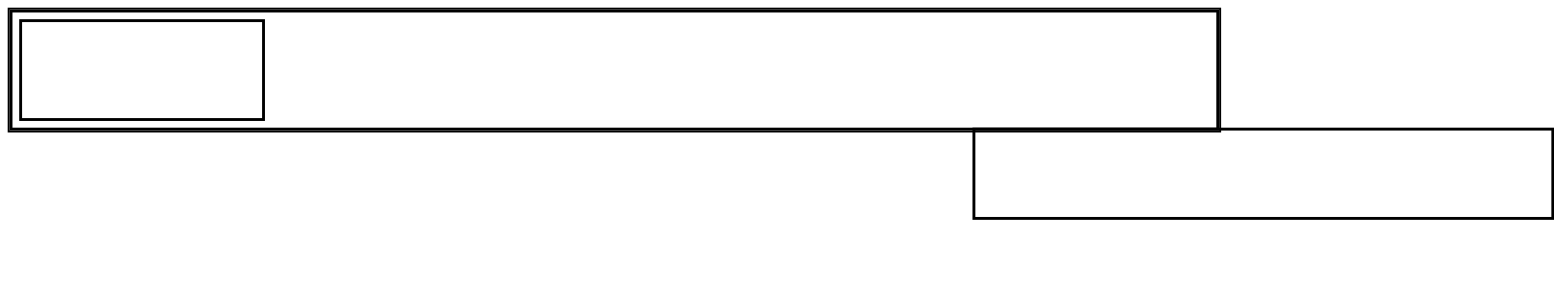
Repository: cartervandekamp/htmlstructure.mdia2003
Page: htmlstructure-psd/index.html
The author's editor kept a copy of each file at every save. The page is drawn from the files as they stood at one save, then again after a run of saves.
The browser window is 1280 px wide. The page is 1619 px wide, then 1280 px, so the pictures cover 1619 px, including what lies to the right of the window. The pictures show the whole page, at 96% of full size.

Above is the page before, as saved 2023-01-16 18:03:27.

### htmlstructure-psd/index.html
<!DOCTYPE html>
<html lang="en">
<head>
    <title>Document</title>
    <link rel="stylesheet" href="style.css">
</head>
<body>
    <div class="toprow">
        <div class="topleft"></div>
        <div class="topmiddle"></div>
        <div class="topright"></div>
    </div>
    <div class="thinbar"></div>
    <div class="secondrow">
        <div class="secondleft"></div>
        <div class="secondmiddle"></div>
        <div class="secondright"></div>
    </div>
    <div class="middlecontent">
        <div class="middleleftone">
            <div class="titletextone"></div>
            <div class="bodytextone"></div>
            <div class="footerone"></div>
        </div>
        <div class="middlelefttwo">
            <div class="titletexttwo"></div>
            <div class="bodytexttwo"></div>
            <div class="footertwo"></div>
        </div>
    </div>
    <div class="middlerightone"></div>
    <div class="middlerighttwo"></div>
    <div class="middlerightthree"></div>
    <div class="middletextfour"></div>
<div class="footer">
    <div class="footertitle"></div>
    <div class="footercontent">
        <div class="footercontentone"></div>
        <div class="footercontenttwo"></div>
        <div class="footercontentthree"></div>
        <div class="footercontentfour"></div>
    </div>
    <div class="footerbottom"></div>
</div>

</body>
</html>

### htmlstructure-psd/style.css
body {
    border-style: solid;
    border-color: black;
    border-width: 2px;
}

.toprow {
    height: 120px;
    border-style: solid;
    border-color: black;
}

.topleft {
    height: 100px;
    width: 250px;
    margin: 7px;
    border-style: solid;
    border-color: black;
}

.topmiddle {
    height: 90px;
    width: 600px;
    border-style: solid;
    border-color: black;
    align-items: center;
    margin-left: 1000px;
}

After the next 2 saves:
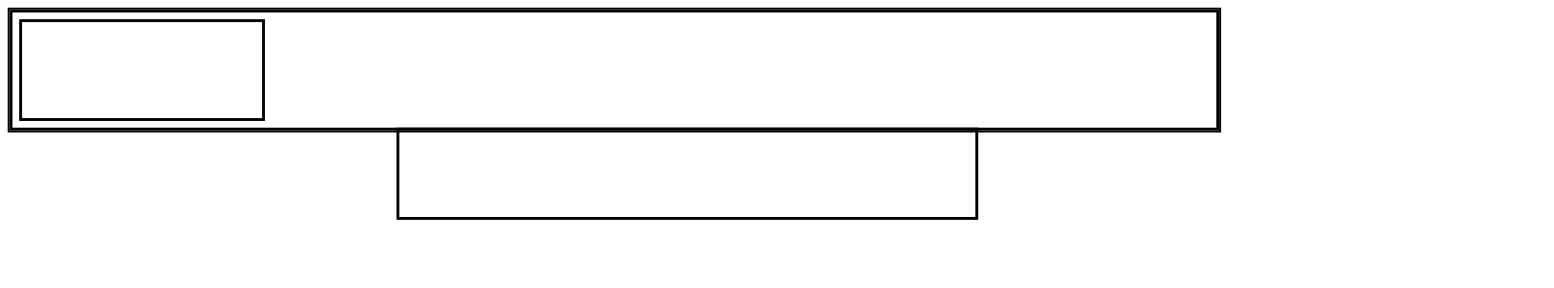
The 2 saves are shown as one change because they came seconds apart.
The last was saved 8 s later.
--- a/htmlstructure-psd/style.css
+++ b/htmlstructure-psd/style.css
@@ -24,5 +24,5 @@ body {
     border-style: solid;
     border-color: black;
     align-items: center;
-    margin-left: 1000px;
+    margin-left: 400px;
 }
